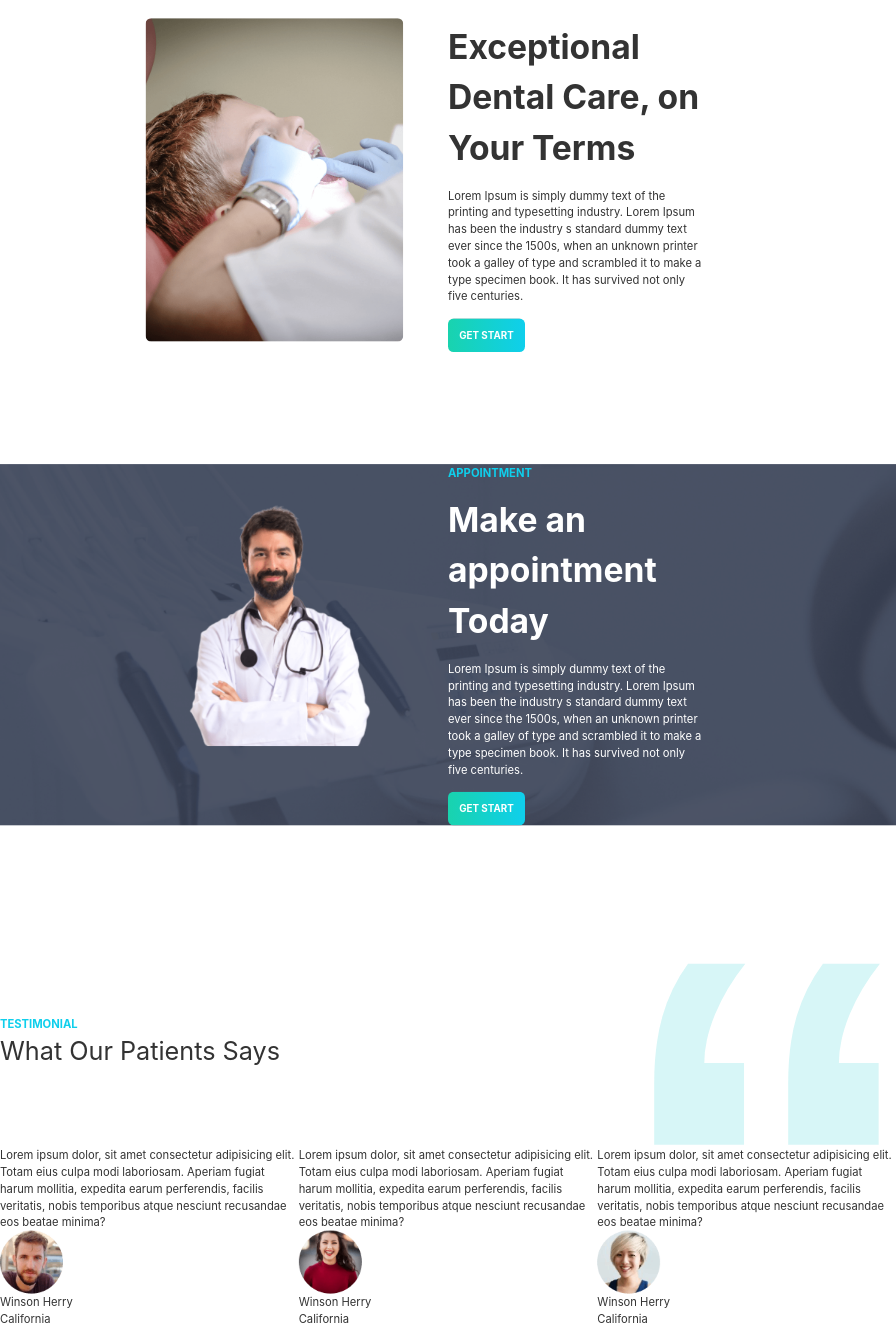
Repository: shikubro90/doctorsportal
Page: /
These files come from the project's save history. The page is drawn as it stood at one moment and after the next save; the edit follows.
The browser window is 1280 px wide. The pictures show the part of the page from y = 1780 to 3700 px (the page is 3676 px tall before and 3700 px after), at 70% of full size.
The project was rebuilt for these pictures with package versions that can differ from the ones it lists, and the page was loaded fresh each time. Also part of the build but not shown: src/App.css, src/Pages/About/About.jsx.

Above is the page before, as saved 2022-10-02 09:22:54.

After the next save:
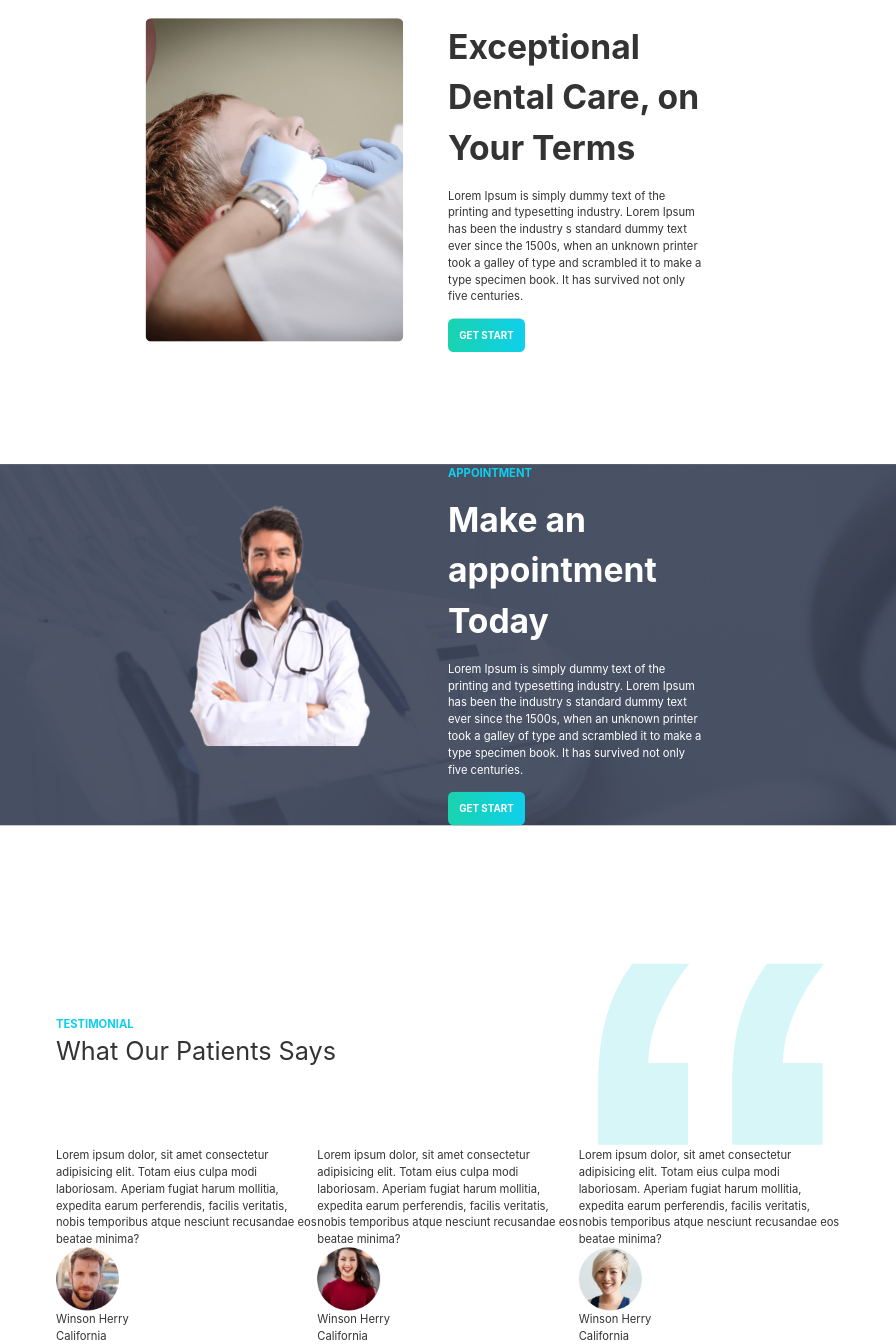
Saved 4 s later.
--- a/src/Pages/Home/TestimonialSection.jsx
+++ b/src/Pages/Home/TestimonialSection.jsx
@@ -5,7 +5,7 @@ import { testimonial } from '../../assets/resourse/Resourse.js'
 
 const TestimonialSection = () => {
   return (
-    <div className="testimonial px-">
+    <div className="testimonial px-20">
       <div className="testimonialWrap">
         <div className="content">
           <div className="header flex items-center justify-between">
